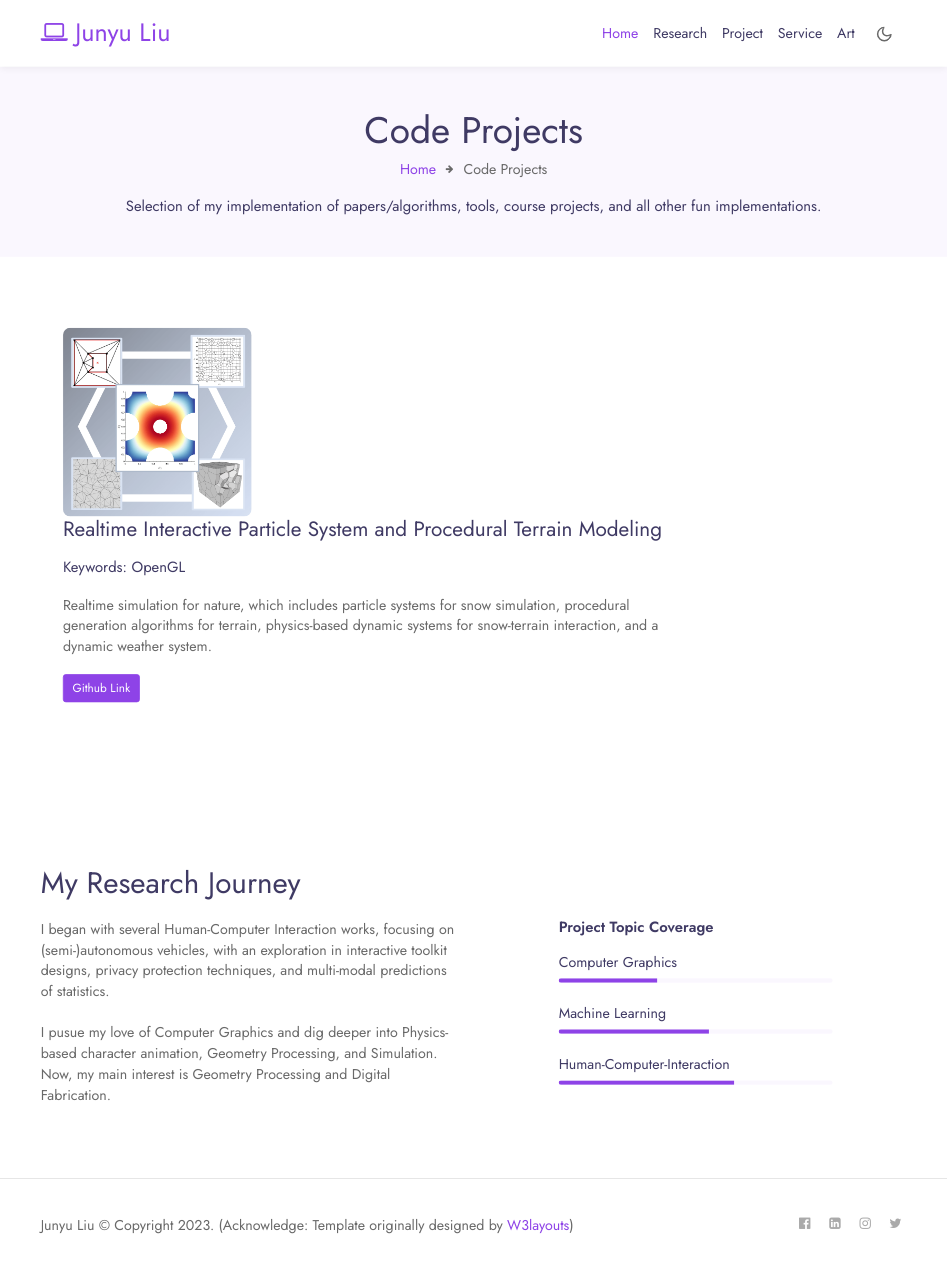
Repository: Junyu-Liu-Nate/junyu-liu-nate.github.io
Page: project.html
These files come from the project's save history. The page is drawn as it stood at one moment and after a run of saves; the edit follows.
The browser window is 1280 px wide. The pictures show the whole page, at 74% of full size.

Above is the page before, as saved 2024-04-10 18:09:36.
Console error: TypeError: Cannot read properties of null (reading 'classList')

### project.html
<!--
Author: Junyu Liu
Author: W3layouts
Author URL: http://w3layouts.com
-->
<!doctype html>
<html lang="en">

<head>
  <!-- Required meta tags -->
  <meta charset="utf-8">
  <meta name="viewport" content="width=device-width, initial-scale=1, shrink-to-fit=no">

  <title>Junyu Liu - Projects</title>

  <!-- google fonts -->
  <link href="//fonts.googleapis.com/css2?family=Jost:wght@300;400;600&display=swap" rel="stylesheet">

  <!-- Template CSS -->
  <link rel="stylesheet" href="assets/css/style-starter.css">
</head>

<body>
<!-- header -->
<header id="site-header" class="fixed-top">
  <div class="container">
      <nav class="navbar navbar-expand-lg stroke">
          <a class="navbar-brand" href="index.html">
              <span class="fa fa-laptop"></span> Junyu Liu
          </a>
          <!-- if logo is image enable this
      <a class="navbar-brand" href="#index.html">
          <img src="image-path" alt="Your logo" title="Your logo" style="height:35px;" />
      </a> -->
          <button class="navbar-toggler  collapsed bg-gradient" type="button" data-toggle="collapse"
              data-target="#navbarTogglerDemo02" aria-controls="navbarTogglerDemo02" aria-expanded="false"
              aria-label="Toggle navigation">
              <span class="navbar-toggler-icon fa icon-expand fa-bars"></span>
              <span class="navbar-toggler-icon fa icon-close fa-times"></span>
              </span>
          </button>

          <div class="collapse navbar-collapse" id="navbarTogglerDemo02">
            <ul class="navbar-nav ml-auto">
                <li class="nav-item active">
                    <a class="nav-link" href="index.html">Home <span class="sr-only">(current)</span></a>
                </li>
                <li class="nav-item @@research_active">
                    <a class="nav-link" href="research.html">Research</a>
                </li>
                <li class="nav-item @@project_active">
                  <a class="nav-link" href="project.html">Project</a>
                </li>
                <li class="nav-item @@service_active">
                  <a class="nav-link" href="service.html">Service</a>
                </li>
                <li class="nav-item @@art_active">
                    <a class="nav-link" href="art.html">Art</a>
                </li>
            </ul>
        </div>
          <!-- toggle switch for light and dark theme -->
          <div class="mobile-position">
              <nav class="navigation">
                  <div class="theme-switch-wrapper">
                      <label class="theme-switch" for="checkbox">
                          <input type="checkbox" id="checkbox">
                          <div class="mode-container">
                              <i class="gg-sun"></i>
                              <i class="gg-moon"></i>
                          </div>
                      </label>
                  </div>
              </nav>
          </div>
          <!-- //toggle switch for light and dark theme -->
      </nav>
  </div>
</header>
<!-- //header -->

<!-- about breadcrumb -->
<section class="w3l-about-breadcrumb text-center">
    <div class="breadcrumb-bg breadcrumb-bg-about py-sm-5 py-4">
        <div class="container py-2">
            <h2 class="title">Code Projects</h2>
            <ul class="breadcrumbs-custom-path mt-2">
                <li><a href="index.html">Home</a></li>
                <li class="active"><span class="fa fa-arrow-right mx-2" aria-hidden="true"></span> Code Projects </li>
            </ul>
            <br>
            <h5>Selection of my implementation of papers/algorithms, tools, course projects, and all other fun implementations.</h5>
        </div>
    </div>
</section>
<!-- //about breadcrumb -->

<!-- about page about section -->
<section class="w3l-aboutblock1" id="about">
    <div class="midd-w3 py-5">
        <div class="container py-lg-5 py-md-3">
              <div class="col">
                <div class="col-lg-3">
                  <div class="position-relative">
                      <img src="assets/images/project/thumnail/port-FEM-vs-VEM.png" alt="" class="radius-image img-fluid">
                  </div>
                </div>
                <div class="col-lg-9 mt-lg-0 mt-5">
                    <!-- <h5 class="title-small mb-2">Hello, I am UI/UX Designer</h5> -->
                    <h3 class="title">Realtime Interactive Particle System and Procedural Terrain Modeling</h3>
                    <br>
                    <h5>Keywords: OpenGL</h5>
                    <br>
                    <p>
                      Realtime simulation for nature, which includes particle systems for snow simulation, procedural generation algorithms for terrain, physics-based dynamic systems for snow-terrain interaction, and a dynamic weather system.
                    </p>
                    <br>
                    <div>
                      <a href="https://github.com/Junyu-Liu-Nate/Realtime-Interactive-Particle-System-Procedural-Modeling-OpenGL" class="btn btn-primary">Github Link</a>
                    </div>
                </div>
            </div>

            <!-- <p><br>-----------------------------------------------------------------------------------------------------------------------------------------------------------------------------------<br><br></p> -->
            <p><br></p>

        </div>
    </div>
</section>
<!-- //about page about section -->

<!-- about page third section -->
<section class="w3l-content-6 py-5">
    <div class="content-6-mian py-lg-5 py-md-4">
        <div class="container">
            <div class="content-info-in row">
                <div class="content-gd col-lg-6">
                    <h3 class="title-big mb-4">My Research Journey</h3>
                    <p>
                      I began with several Human-Computer Interaction works, focusing on (semi-)autonomous vehicles, with an exploration in interactive toolkit designs, privacy protection techniques, and multi-modal predictions of statistics.
                      <br><br>

                      I pusue my love of Computer Graphics and dig deeper into Physics-based character animation, Geometry Processing, and Simulation. Now, my main interest is Geometry Processing and Digital Fabrication.
                    </p>
                </div>
                <div class="content-gd col-lg-4 offset-lg-1">
                    <br><br><br>
                    <h5><b>Project Topic Coverage</b></h5><br>
                    <div class="progress-info">
                        <h6 class="progress-tittle">Computer Graphics</h6>
                        <div class="progress">
                            <div class="progress-bar progress-bar-striped" role="progressbar" style="width: 36%"
                                aria-valuenow="36" aria-valuemin="0" aria-valuemax="100">
                            </div>
                        </div>
                    </div>
                    <div class="progress-info">
                        <h6 class="progress-tittle">Machine Learning
                        </h6>
                        <div class="progress">
                            <div class="progress-bar progress-bar-striped" role="progressbar" style="width: 55%"
                                aria-valuenow="55" aria-valuemin="0" aria-valuemax="100">
                            </div>
                        </div>
                    </div>
                    <div class="progress-info">
                        <h6 class="progress-tittle">Human-Computer-Interaction</h6>
                        <div class="progress">
                            <div class="progress-bar progress-bar-striped" role="progressbar" style="width: 64%"
                                aria-valuenow="64" aria-valuemin="0" aria-valuemax="100">
                            </div>
                        </div>
                    </div>
                </div>
            </div>
        </div>
    </div>
</section>
<!-- about page third section -->

<!-- Footer -->
<section class="w3l-footer py-sm-5 py-4">
  <div class="container">
    <div class="footer-content">
      <div class="row">
        <div class="col-lg-8 footer-left">
          <p class="m-0">Junyu Liu © Copyright 2023. (Acknowledge: Template originally designed by <a href="https://w3layouts.com">W3layouts</a>)</p>
        </div>
        <div class="col-lg-4 footer-right text-lg-right text-center mt-lg-0 mt-3">
          <ul class="social m-0 p-0">
            <li><a href="#facebook"><span class="fa fa-facebook-official"></span></a></li>
            <li><a href="#linkedin"><span class="fa fa-linkedin-square"></span></a></li>
            <li><a href="#instagram"><span class="fa fa-instagram"></span></a></li>
            <li><a href="#twitter"><span class="fa fa-twitter"></span></a></li>
          </ul>
        </div>
      </div>
    </div>
  </div>

  <!-- move top -->
  <button onclick="topFunction()" id="movetop" title="Go to top">
    <span class="fa fa-angle-up"></span>
  </button>
  <script>
    // When the user scrolls down 20px from the top of the document, show the button
    window.onscroll = function () {
      scrollFunction()
    };

    function scrollFunction() {
      if (document.body.scrollTop > 20 || document.documentElement.scrollTop > 20) {
        document.getElementById("movetop").style.display = "block";
      } else {
        document.getElementById("movetop").style.display = "none";
      }
    }

    // When the user clicks on the button, scroll to the top of the document
    function topFunction() {
      document.body.scrollTop = 0;
      document.documentElement.scrollTop = 0;
    }
  </script>
  <!-- /move top -->
</section>
<!-- //Footer -->

<!-- all js scripts and files here -->

<script src="assets/js/theme-change.js"></script><!-- theme switch js (light and dark)-->

<script src="assets/js/jquery-3.3.1.min.js"></script><!-- default jQuery -->

<!-- /typig-text-->
<script>
  const typedTextSpan = document.querySelector(".typed-text");
  const cursorSpan = document.querySelector(".cursor");

  const textArray = ["UI/UX Designer", "Freelancer", "Web developer"];
  const typingDelay = 200;
  const erasingDelay = 10;
  const newTextDelay = 100; // Delay between current and next text
  let textArrayIndex = 0;
  let charIndex = 0;

  function type() {
    if (charIndex < textArray[textArrayIndex].length) {
      if (!cursorSpan.classList.contains("typing")) cursorSpan.classList.add("typing");
      typedTextSpan.textContent += textArray[textArrayIndex].charAt(charIndex);
      charIndex++;
      setTimeout(type, typingDelay);
    } else {
      cursorSpan.classList.remove("typing");
      setTimeout(erase, newTextDelay);
    }
  }

  function erase() {
    if (charIndex > 0) {
      // add class 'typing' if there's none
      if (!cursorSpan.classList.contains("typing")) {
        cursorSpan.classList.add("typing");
      }
      typedTextSpan.textContent = textArray[textArrayIndex].substring(0, 0);
      charIndex--;
      setTimeout(erase, erasingDelay);
    } else {
      cursorSpan.classList.remove("typing");
      textArrayIndex++;
      if (textArrayIndex >= textArray.length) textArrayIndex = 0;
      setTimeout(type, typingDelay);
    }
  }

  document.addEventListener("DOMContentLoaded", function () { // On DOM Load initiate the effect
    if (textArray.length) setTimeout(type, newTextDelay + 250);
  });
</script>
<!-- //typig-text-->

<!-- services owlcarousel -->
<script src="assets/js/owl.carousel.js"></script>

<!-- script for services -->
<script>
  $(document).ready(function () {
    $('.owl-two').owlCarousel({
      loop: true,
      margin: 30,
      nav: false,
      responsiveClass: true,
      autoplay: false,
      autoplayTimeout: 5000,
      autoplaySpeed: 1000,
      autoplayHoverPause: false,
      responsive: {
        0: {
          items: 1,
          nav: false
        },
        480: {
          items: 1,
          nav: false
        },
        700: {
          items: 1,
          nav: false
        },
        1090: {
          items: 3,
          nav: false
        }
      }
    })
  })
</script>
<!-- //script for services -->

<!-- script for tesimonials carousel slider -->
<script>
  $(document).ready(function () {
    $("#owl-demo1").owlCarousel({
      loop: true,
      margin: 20,
      nav: false,
      responsiveClass: true,
      responsive: {
        0: {
          items: 1,
          nav: false
        },
        736: {
          items: 1,
          nav: false
        },
        1000: {
          items: 2,
          nav: false,
          loop: false
        }
      }
    })
  })
</script>
<!-- //script for tesimonials carousel slider -->

<!-- video popup -->
<script src="assets/js/jquery.magnific-popup.min.js"></script>
<script>
  $(document).ready(function () {
    $('.popup-with-zoom-anim').magnificPopup({
      type: 'inline',

      fixedContentPos: false,
      fixedBgPos: true,

      overflowY: 'auto',

      closeBtnInside: true,
      preloader: false,

      midClick: true,
      removalDelay: 300,
      mainClass: 'my-mfp-zoom-in'
    });

    $('.popup-with-move-anim').magnificPopup({
      type: 'inline',

      fixedContentPos: false,
      fixedBgPos: true,

      overflowY: 'auto',

      closeBtnInside: true,
      preloader: false,

      midClick: true,
      removalDelay: 300,
      mainClass: 'my-mfp-slide-bottom'
    });
  });
</script>
<!-- //video popup -->

<!-- stats number counter-->
<script src="assets/js/jquery.waypoints.min.js"></script>
<script src="assets/js/jquery.countup.js"></script>
<script>
  $('.counter').countUp();
</script>
<!-- //stats number counter -->

<!-- disable body scroll which navbar is in active -->
<script>
  $(function () {
    $('.navbar-toggler').click(function () {
      $('body').toggleClass('noscroll');
    })
  });
</script>
<!-- disable body scroll which navbar is in active -->

<!--/MENU-JS-->
<script>
  $(window).on("scroll", function () {
    var scroll = $(window).scrollTop();

    if (scroll >= 80) {
      $("#site-header").addClass("nav-fixed");
    } else {
      $("#site-header").removeClass("nav-fixed");
    }
  });

  //Main navigation Active Class Add Remove
  $(".navbar-toggler").on("click", function () {
    $("header").toggleClass("active");
  });
  $(document).on("ready", function () {
    if ($(window).width() > 991) {
      $("header").removeClass("active");
    }
    $(window).on("resize", function () {
      if ($(window).width() > 991) {
        $("header").removeClass("active");
      }
    });
  });
</script>
<!--//MENU-JS-->

<!-- bootstrap js -->
<script src="assets/js/bootstrap.min.js"></script>

</body>

</html>

Loaded but not shown: assets/css/style-starter.css (library); assets/js/theme-change.js (common file); assets/js/jquery-3.3.1.min.js (library); assets/js/owl.carousel.js (library); assets/js/jquery.magnific-popup.min.js (library); assets/js/jquery.waypoints.min.js (library); assets/js/jquery.countup.js (common file); assets/js/bootstrap.min.js (library)

After the next 2 saves:
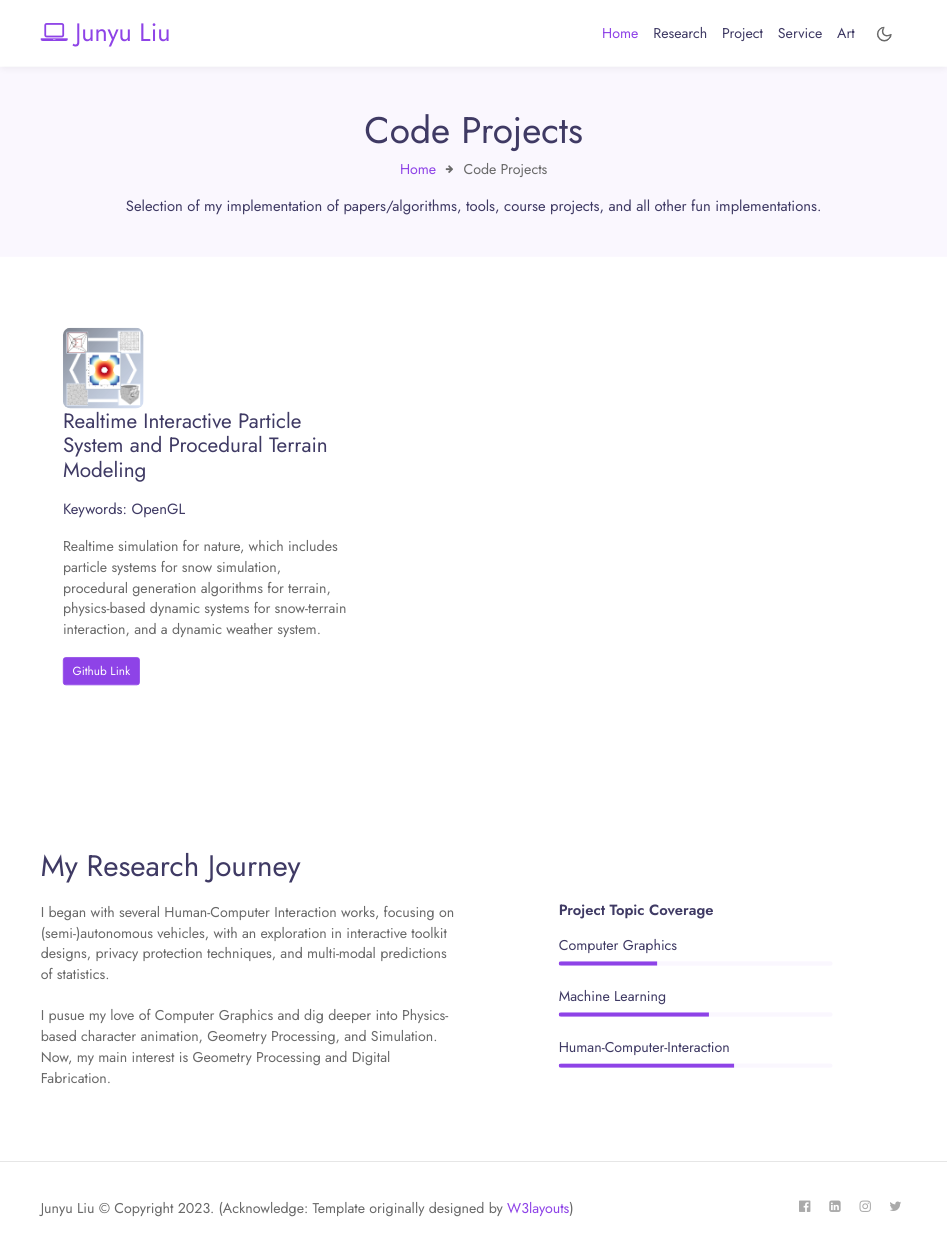
The 2 saves are shown as one change because they came seconds apart.
The last was saved 12 s later.
--- a/project.html
+++ b/project.html
@@ -99,7 +99,7 @@ Author URL: http://w3layouts.com
 <section class="w3l-aboutblock1" id="about">
     <div class="midd-w3 py-5">
         <div class="container py-lg-5 py-md-3">
-              <div class="col">
+              <div class="col-6">
                 <div class="col-lg-3">
                   <div class="position-relative">
                       <img src="assets/images/project/thumnail/port-FEM-vs-VEM.png" alt="" class="radius-image img-fluid">
